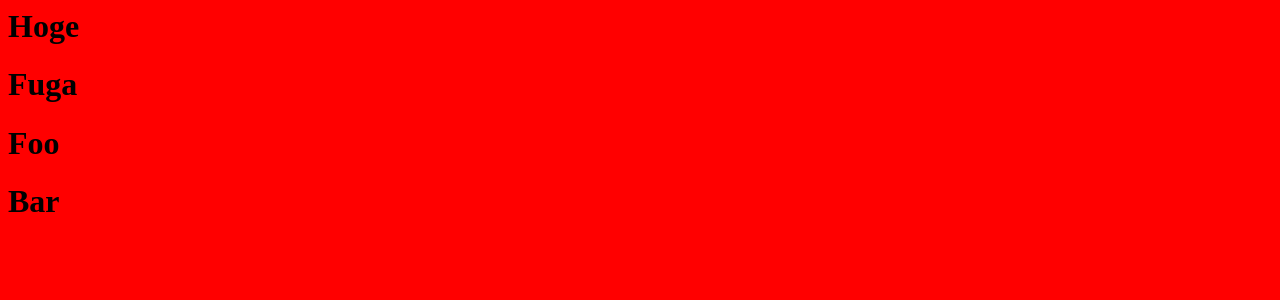
Repository: TakashiYamaguchi2021/samurai_HTML-CSS
Page: root.html
The author's editor kept a record of every edit. The page is drawn from the files as they stood at one moment, then again after the next edit.
The browser window is 1280 px wide. The pictures show the whole page.

Above is the page before.

After the next edit:
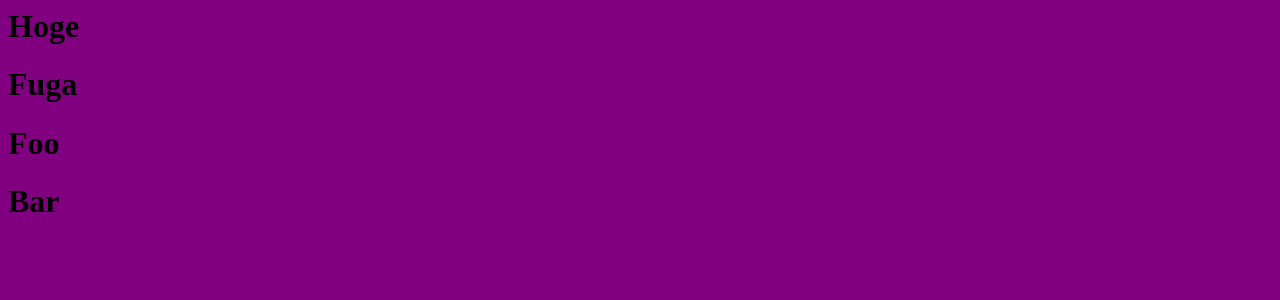
The edit:
--- a/root.html
+++ b/root.html
@@ -2,7 +2,7 @@
    <head>
       <style>
          :root {
-             background-color: red;
+             background-color: purple;
          }
       </style>
    </head>
